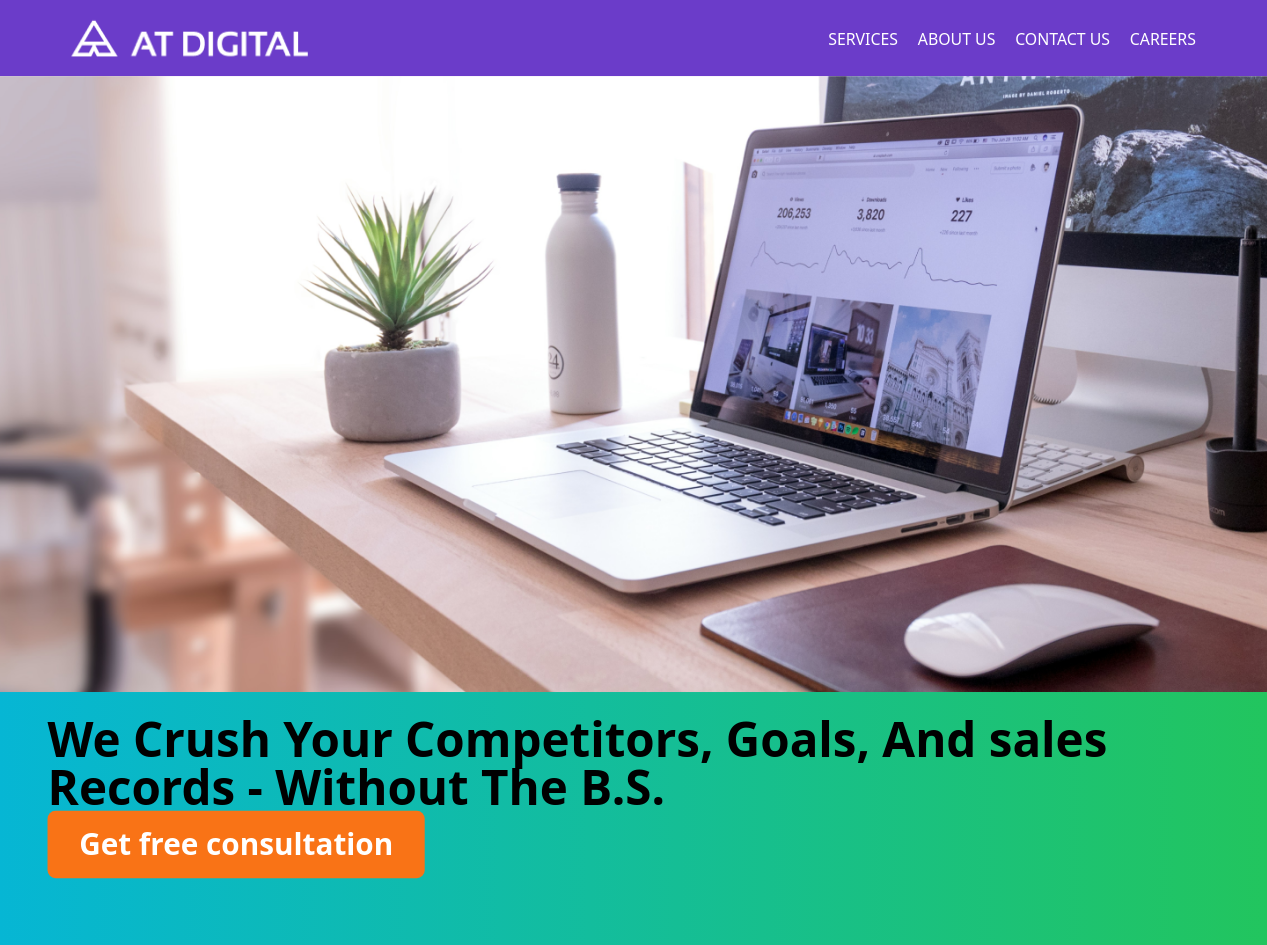
Repository: Milith97/AT-Digital-Website
Page: /
These files come from the project's save history. The page is drawn as it stood at one moment and after the next save; the edit follows.
The browser window is 1280 px wide. The pictures show the whole page, at 99% of full size.
The project was rebuilt for these pictures with package versions that can differ from the ones it lists, and the page was loaded fresh each time. Also part of the build but not shown: vite.config.js.

Above is the page before, as saved 2024-04-06 19:48:41.

After the next save:
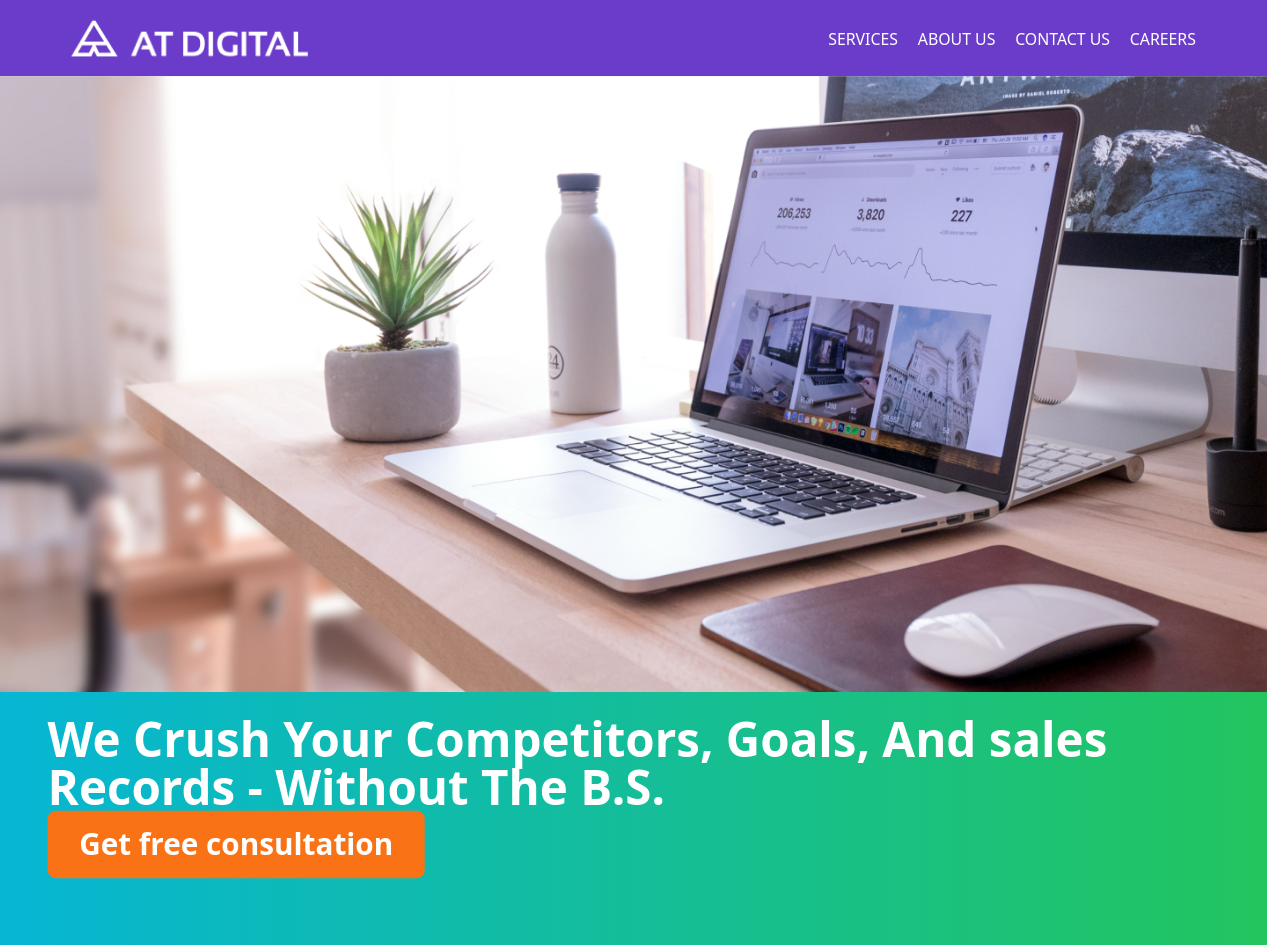
Saved 22 s later.
--- a/src/Components/HomePage.jsx
+++ b/src/Components/HomePage.jsx
@@ -7,7 +7,7 @@ const HomePage = () => {
             <img src={backgroundImage} alt="Home Image" />
             <div className='h-64 max-w-full bg-gradient-to-r from-cyan-500 to-green-500'>
                 <div className='text-lg py-6 px-12'>
-                    <p className='font-bold text-5xl'>We Crush Your Competitors, Goals, And sales Records - Without The B.S.</p>
+                    <p className='font-bold text-5xl text-white'>We Crush Your Competitors, Goals, And sales Records - Without The B.S.</p>
                     <div className=''>
                         <button className='bg-orange-500 text-white font-bold text-3xl px-8 py-4 rounded-lg'>Get free consultation</button>
                     </div>
